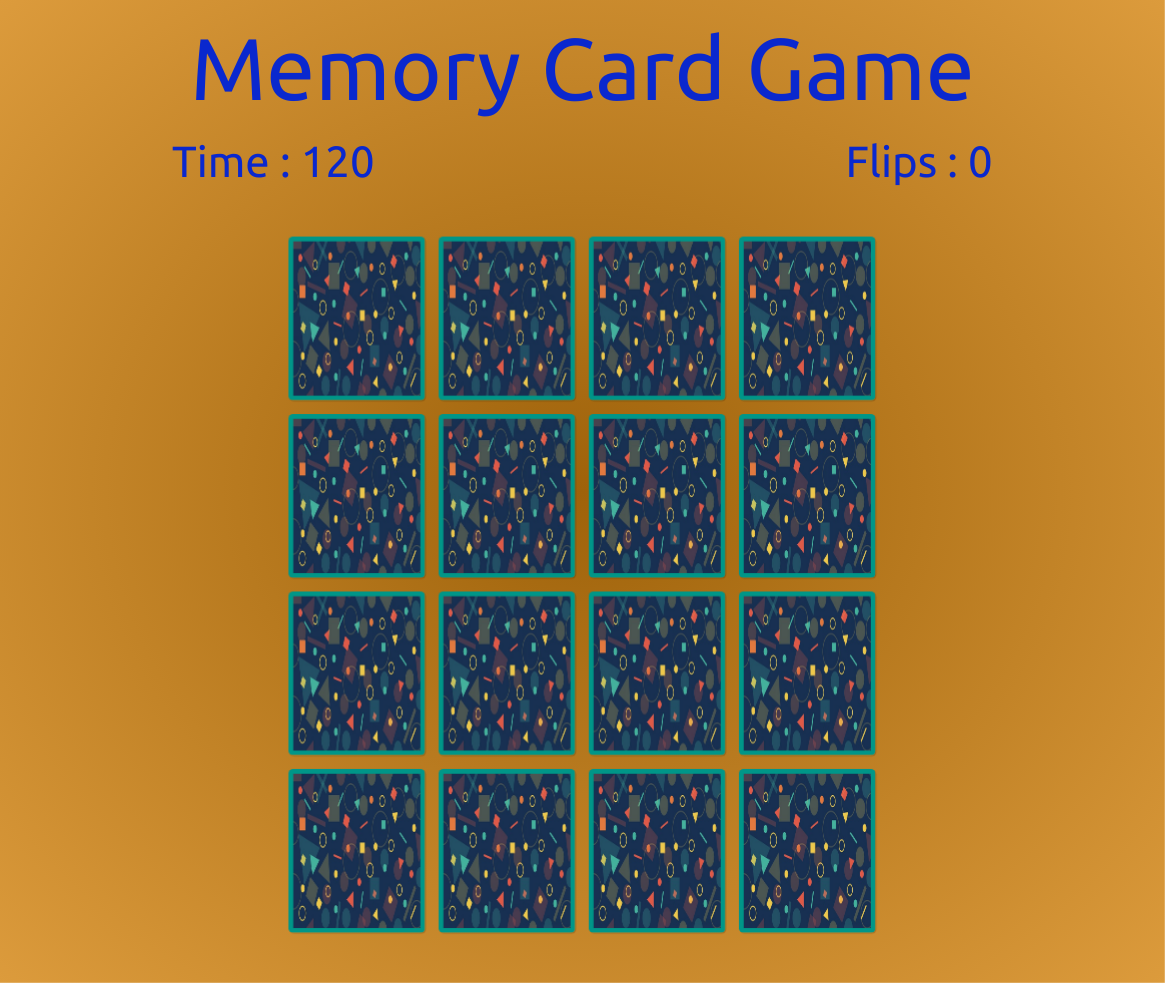
Repository: claudiadanaila1/Project-2--Interactive-FrontEnd---Memory-game
Page: index.html
The author's editor kept a record of every edit. The page is drawn from the files as they stood at one moment, then again after the next edit.
The browser window is 1280 px wide. The pictures show the whole page, at 91% of full size.

Above is the page before.

After the next edit:
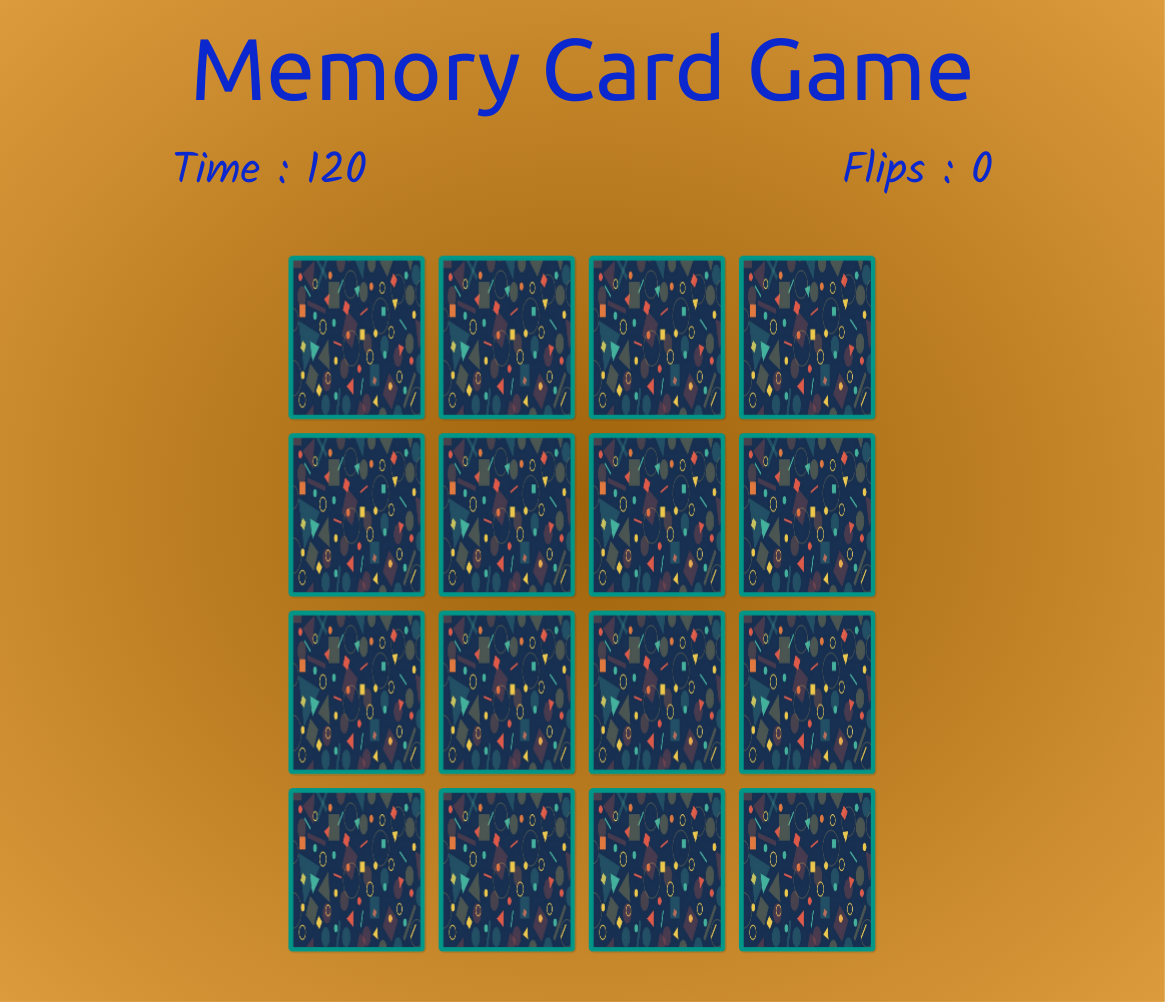
The edit:
--- a/css/style.css
+++ b/css/style.css
@@ -39,7 +39,7 @@
 }
 
 .game-info {
-    font-family: "Ubuntu", sans-serif;
+    font-family: "Kalam", sans-serif;
     font-size:3em;
     color:#0a28ce;
 }
